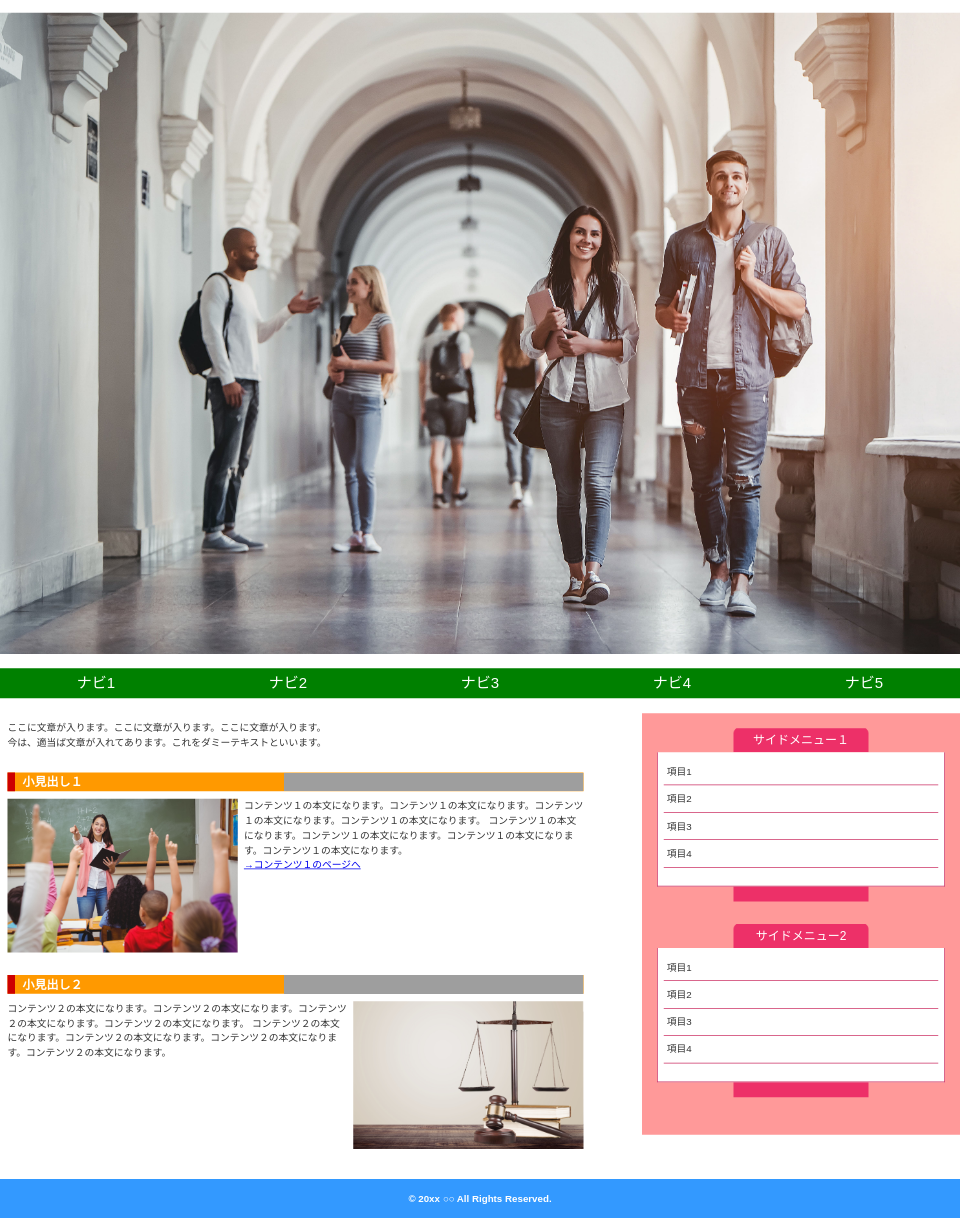
Repository: tatsuya1014/samurai_HTML-CSS
Page: HTML/home.html
The author's editor kept a record of every edit. The page is drawn from the files as they stood at one moment, then again after the next edit.
The browser window is 1280 px wide. The pictures show the whole page, at 75% of full size.
Pictures or frames that could not be fetched are drawn as grey boxes.

Above is the page before.

After the next edit:
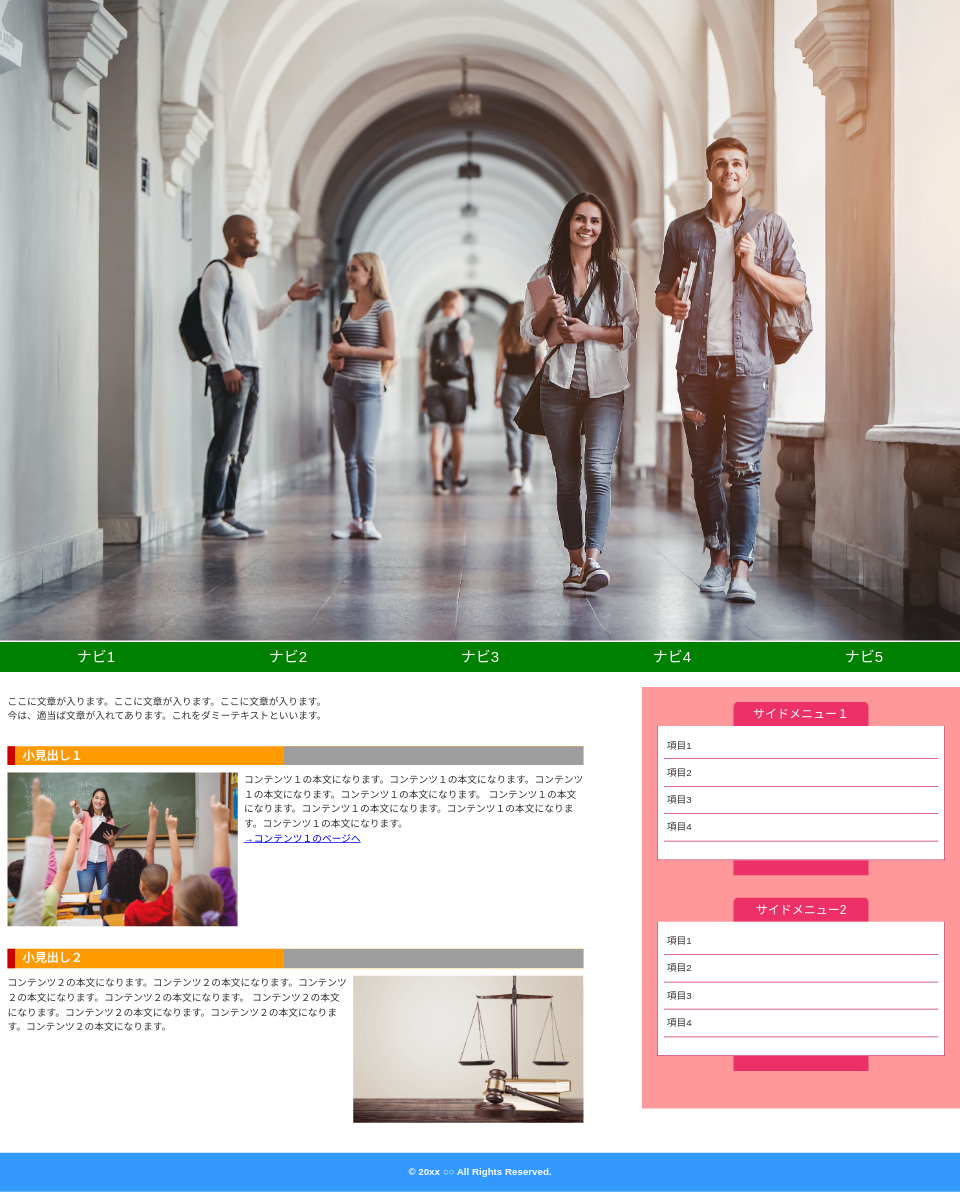
The edit:
--- a/HTML/home.html
+++ b/HTML/home.html
@@ -6,7 +6,7 @@
         <link rel="stylesheet" href="stylesheet.css">
     </head>
     <body>
-        <div class = "header">
+        <div id = "header">
           <h1><a href="index.html"><img id="corridor" src="images/corridor.jpeg" alt="大学の廊下" /></a></h1>
         </div>
         <div id="wrapper">
